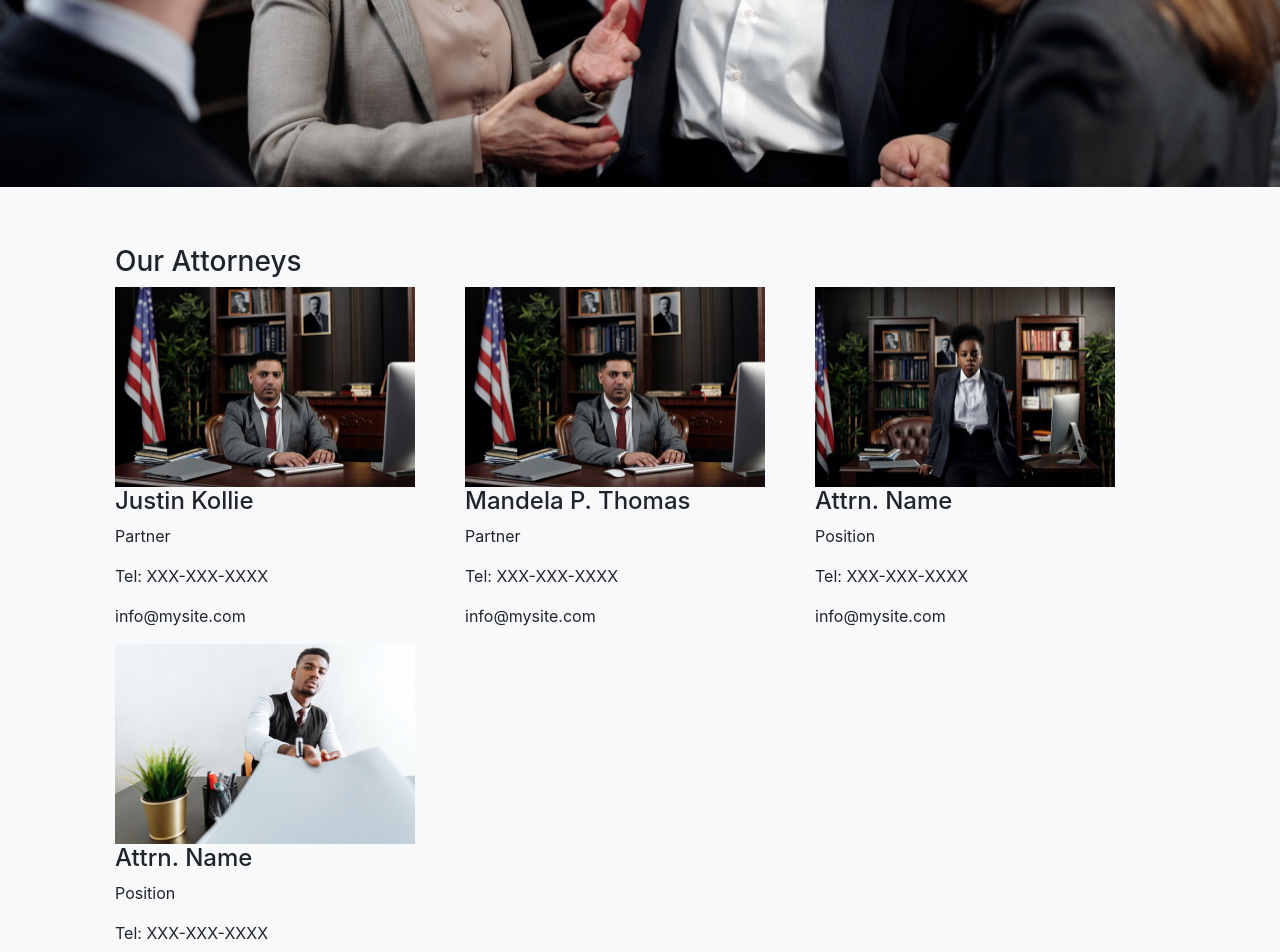
Repository: just-mann/kolllie-kolliellp
Page: index.html
The author's editor kept a copy of each file at every save. The page is drawn from the files as they stood at one save, then again after a run of saves.
The browser window is 1280 px wide. The pictures show the part of the page from y = 2385 to 3337 px (the page is 4768 px tall before and 4796 px after).
Backgrounds fixed to the window are drawn as part of the page.

Above is the page before, as saved 2021-06-02 05:25:14.

After the next 3 saves:
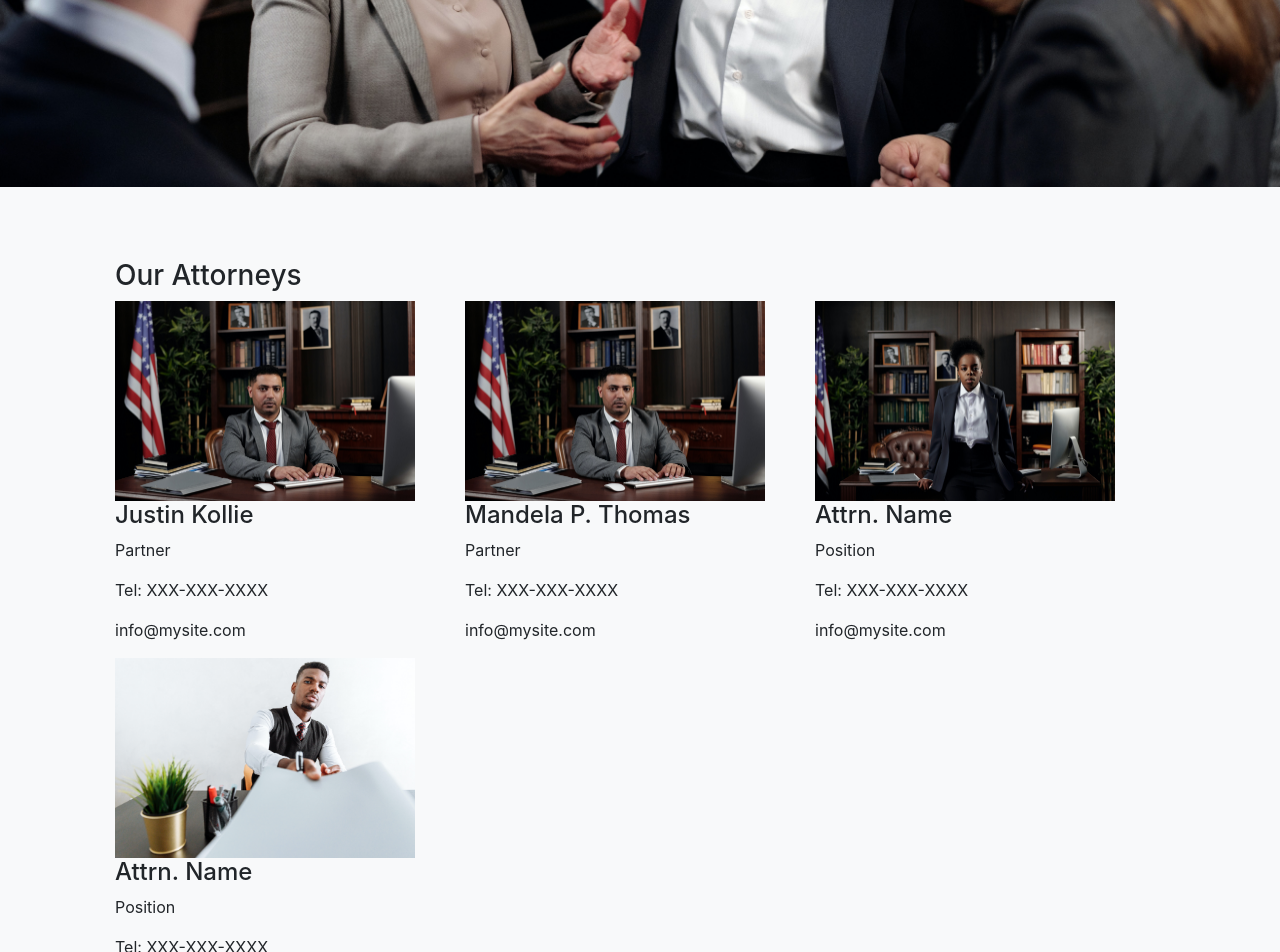
The 3 saves are shown as one change because they came seconds apart.
The last was saved 22 s later.
--- a/index.html
+++ b/index.html
@@ -82,7 +82,7 @@
         <!-- <img src="./assets/images/heroImage.jpg" alt="parallaxImg"> -->
     </div>
     <section class="ourAttorneys py-5 bg-light" id="ourAttorneys">
-        <div class="myContainer">
+        <div class="myContainer py-4">
             <h3>Our Attorneys</h3>
             <div class="attorneysDiv mx-auto">
                 <div class="attCard">
